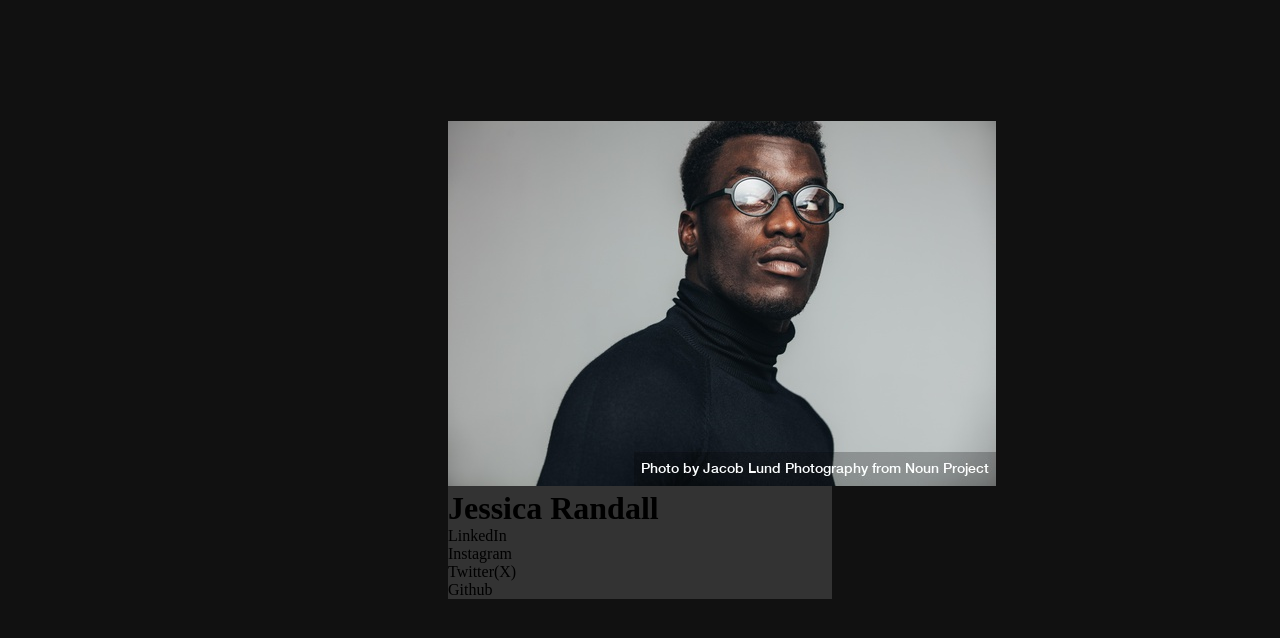
Repository: russel-success/Xcode-TASK-1
Page: index.html
An editor plug-in stored every save of this project. The page is shown before and after the next save, followed by the edit.
The browser window is 1280 px wide. The pictures show the whole page.

Above is the page before, as saved 2024-04-29 01:03:02.

### index.html
<!DOCTYPE html>
<html lang="en">
<head>
    <meta charset="UTF-8">
    <meta name="viewport" content="width=device-width, initial-scale=1.0">
    <title>Profile Card</title>
    <link rel="stylesheet" href="styles/styles.css">
</head>
<body>
    <div class="container">
        <div class="profile-container">
            <div class="image-container"><img src="assets/np_Man staring away on gray background_0VPZY4_free.jpg" alt="" class="profile-image"></div>
            <h1>Jessica Randall</h1>
            <div class="socials">
                <text>LinkedIn</text>
            </div>
            <div class="socials">
                <text>Instagram</text>
            </div>
            <div class="socials">
                <text>Twitter(X)</text>
            </div>
            <div class="socials">
                <text>Github</text>
            </div>
        </div>
    </div>
</body>
</html>

### styles/styles.css
*{
    padding:0;
    margin:0;
}
.container{
    width:100%;
    height:100vh;
    background-color:#111;
    display:flex;
    align-items:center;
    justify-content: center;
}
.profile-container{
    background-color:#333;
    width:30%;
    background-size: contain;
    box-sizing:border-box;
}
.image-container{
    width:30%;
    height:30%;
    border-radius:50%;
}
.profile-image{
    object-fit: contain;
}

After the next save:
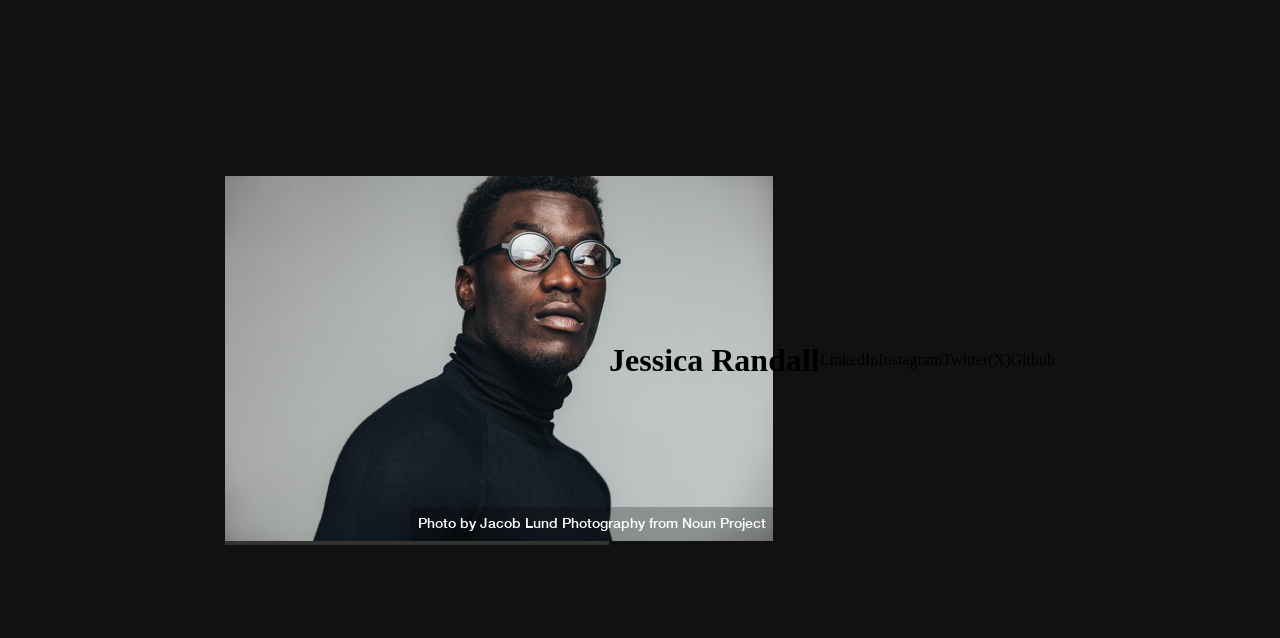
Saved 29 s later.
--- a/index.html
+++ b/index.html
@@ -9,7 +9,7 @@
 <body>
     <div class="container">
         <div class="profile-container">
-            <div class="image-container"><img src="assets/np_Man staring away on gray background_0VPZY4_free.jpg" alt="" class="profile-image"></div>
+           <img src="assets/np_Man staring away on gray background_0VPZY4_free.jpg" alt="" class="profile-image"></div>
             <h1>Jessica Randall</h1>
             <div class="socials">
                 <text>LinkedIn</text>

After the save that followed:
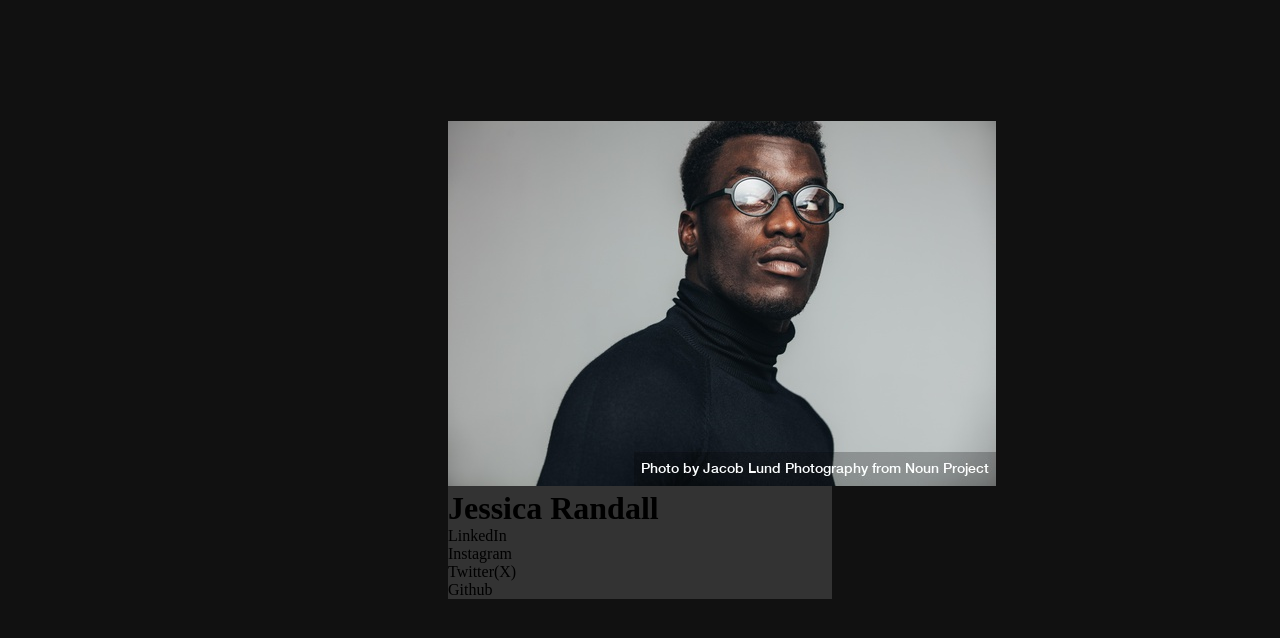
Saved 6 s later.
--- a/index.html
+++ b/index.html
@@ -9,7 +9,7 @@
 <body>
     <div class="container">
         <div class="profile-container">
-           <img src="assets/np_Man staring away on gray background_0VPZY4_free.jpg" alt="" class="profile-image"></div>
+           <img src="assets/np_Man staring away on gray background_0VPZY4_free.jpg" alt="" class="profile-image">
             <h1>Jessica Randall</h1>
             <div class="socials">
                 <text>LinkedIn</text>
